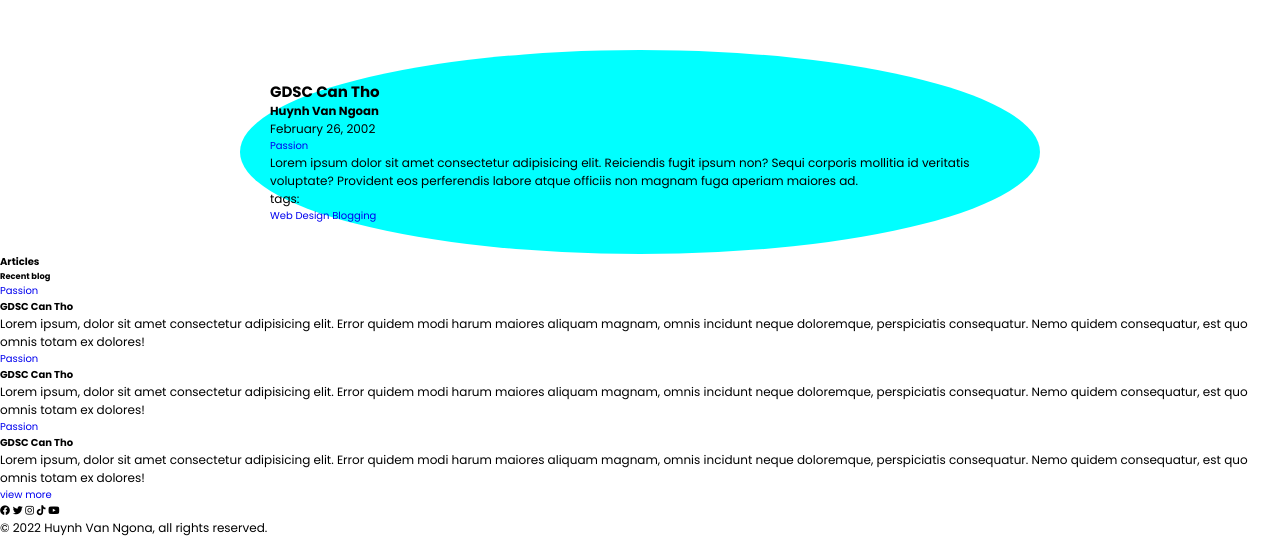
Repository: huynhvanngoan/TaskTeam5
Page: BlogPost/HTML/index.html
An editor plug-in stored every save of this project. The page is shown before and after a run of saves, followed by the edit.
The browser window is 1280 px wide. The pictures show the part of the page from y = 620 to 1157 px (the page is 1157 px tall).

Above is the page before, as saved 2022-10-17 00:33:50.

### BlogPost/HTML/index.html
<!DOCTYPE html>
<html lang="en">

<head>
    <meta charset="UTF-8">
    <meta http-equiv="X-UA-Compatible" content="IE=edge">
    <meta name="viewport" content="width=device-width, initial-scale=1.0">
    <title>Blog Post</title>
    <link rel="stylesheet" href="../CSS/style.css">

    <link rel="stylesheet" href="https://cdnjs.cloudflare.com/ajax/libs/font-awesome/6.2.0/css/all.min.css"
        referrerpolicy="no-referrer" />
</head>

<body>
    <header>
        <div class="navbar container">
            <div class="logo">
                <h1>GDSC Can Tho</h1>
            </div>
            <ul class="nav-list">
                <li><a href="#">Home</a></li>
                <li><a href="#">Work</a></li>
                <li><a href="#">Blog</a></li>
                <li><a href="#">Service</a></li>
                <li><a href="#">About Us</a></li>
                <li><a href="#">Contact Us</a></li>
            </ul>
        </div>
    </header>
    <div class="container">
        <div class="hero"> </div>
        <main>
            <h2>GDSC Can Tho </h2>
            <div class="profile-container">
                <div class="profile">
                    <div class="img-container">

                    </div>
                    <div class="text">
                        <h3>Huynh Van Ngoan</h3>
                        <p>February 26, 2002</p>
                    </div>
                    <div class="button">
                        <a href="#" class="btn">Passion</a>
                    </div>
                </div>
                <div class="content">
                    <p>Lorem ipsum dolor sit amet consectetur adipisicing elit. Reiciendis fugit ipsum non? Sequi corporis mollitia id veritatis voluptate? Provident eos perferendis labore atque officiis non magnam fuga aperiam maiores ad.</p>
                </div>
            </div>
            <div class="tags">
                <p>tags: </p>
                <a href="#">Web Design</a>
                <a href="#">Blogging</a>
            </div>
        </main>
    </div>
    <div class="articles">
        <div class="articles-heading">
            <h4>Articles</h4>
            <h5>Recent blog</h5>
        </div>
        <div class="cards-container">
            <div class="card-container one">
                <div class="img-holder">
                    <a href="#">Passion</a>
                </div>
                <div class="card-text">
                    <h4>GDSC Can Tho</h4>
                    <p>Lorem ipsum, dolor sit amet consectetur adipisicing elit. Error quidem modi harum maiores aliquam magnam, omnis incidunt neque doloremque, perspiciatis consequatur. Nemo quidem consequatur, est quo omnis totam ex dolores!</p>
                </div>
            </div>
            <div class="card-container one">
                <div class="img-holder">
                    <a href="#">Passion</a>
                </div>
                <div class="card-text">
                    <h4>GDSC Can Tho</h4>
                    <p>Lorem ipsum, dolor sit amet consectetur adipisicing elit. Error quidem modi harum maiores aliquam magnam,
                        omnis incidunt neque doloremque, perspiciatis consequatur. Nemo quidem consequatur, est quo omnis totam ex
                        dolores!</p>
                </div>
            </div>
            <div class="card-container one">
                <div class="img-holder">
                    <a href="#">Passion</a>
                </div>
                <div class="card-text">
                    <h4>GDSC Can Tho</h4>
                    <p>Lorem ipsum, dolor sit amet consectetur adipisicing elit. Error quidem modi harum maiores aliquam magnam,
                        omnis incidunt neque doloremque, perspiciatis consequatur. Nemo quidem consequatur, est quo omnis totam ex
                        dolores!</p>
                </div>
            </div>
        </div>
        <div class="button">
            <a href="#" class="btn">view more</a>
        </div>
    </div>
    <footer>
        <div class="icons">
            <div class="social">
                <i class="fab fa-facebook"></i>
                <i class="fab fa-twitter"></i>
                <i class="fab fa-instagram"></i>
                <i class="fab fa-tiktok"></i>
                <i class="fab fa-youtube"></i>
            </div>
            <div class="copyright">
                <p>&copy; 2022 Huynh Van Ngona, all rights reserved.</p>
            </div>
        </div>
    </footer>
</body>

</html>

### BlogPost/CSS/style.css
/* Google font cdn link */
@import url('https://fonts.googleapis.com/css2?family=Poppins:ital,wght@0,100;0,200;0,300;0,400;0,500;0,600;0,700;0,800;0,900;1,100;1,200;1,300;1,400;1,500;1,600;1,700;1,800;1,900&display=swap');

* {
    margin: 0;
    padding: 0;
    box-sizing: border-box;
    font-family: 'Poppins', sans-serif;
}

html{
    font-size: 10px;
}
li{
    list-style: none;
}
a{
    text-decoration: none;
}
h1{
    font-size: 1.9rem;
}
p{
    font-size: 1.2rem;
}
header{
    width: 100%;
    height: 5em;
    background-color: aliceblue;
    position: fixed;
    top: 0;
    z-index: 333;
}
.container{
    width: 96%;
    max-width: 117rem;
    margin: 0 auto;
}
.navbar {
    width: 100%;
    height: 100%;
    display: flex;
    justify-content: space-between;
    align-items: center;
    padding: 0 1.5rem;
}
.navbar h1{
    text-transform: uppercase;
    color:#5b5963;
    font-weight: 600;
    letter-spacing: 2px;
    cursor: pointer;
}
.navbar ul{
    display: flex;
    justify-content: center;
    align-items: center;
}
.navbar ul a{
    font-size: 1.2rem;
    padding: 1.5rem;
    text-transform: uppercase;
    color: #5b5963;
    font-weight:400;
    letter-spacing:2px;
    transition: all 0.4s ease;
}
.navbar ul a:hover{
    color:white;
    background-color: rgb(183, 240, 160);
}
.hero{
    max-width: 100vh;
    height: 57rem;
    background: url(../Images/Background.JPG) no-repeat center center / cover;
    margin: 5rem auto;
}
main{
    width: 100%;
    max-width: 80rem;
    background-color:aqua;
    margin: 0 auto;
    padding: 3rem;
    border-radius: 70%;
}

After the next 2 saves:
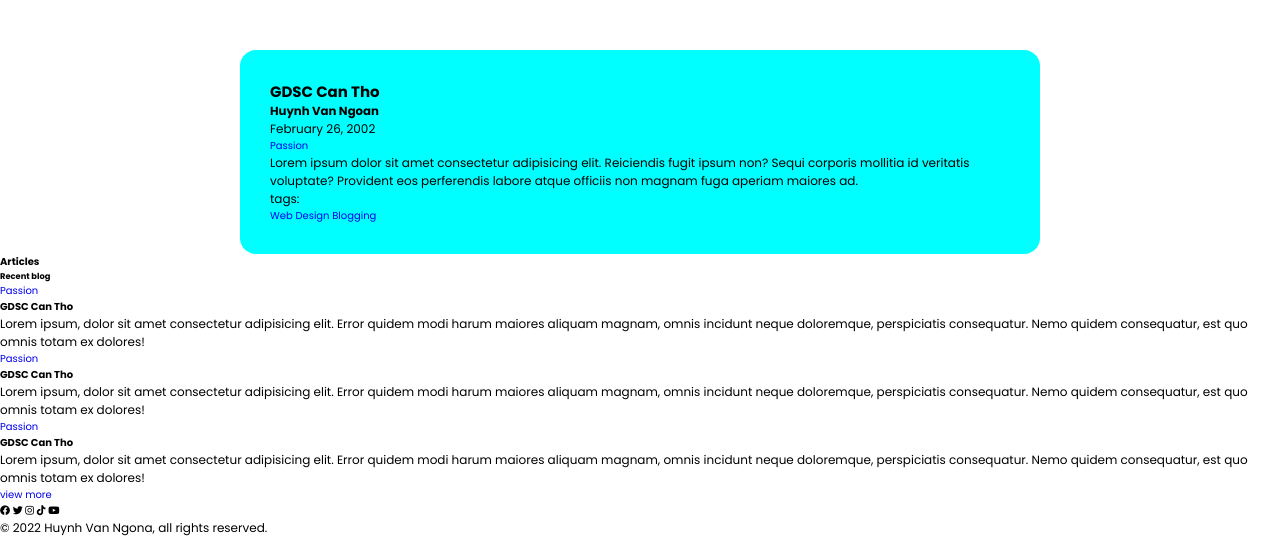
The 2 saves are shown as one change because they came seconds apart.
The last was saved 9 s later.
--- a/BlogPost/CSS/style.css
+++ b/BlogPost/CSS/style.css
@@ -81,5 +81,5 @@ main{
     background-color:aqua;
     margin: 0 auto;
     padding: 3rem;
-    border-radius: 70%;
+    border-radius: 1.6rem;
 }
